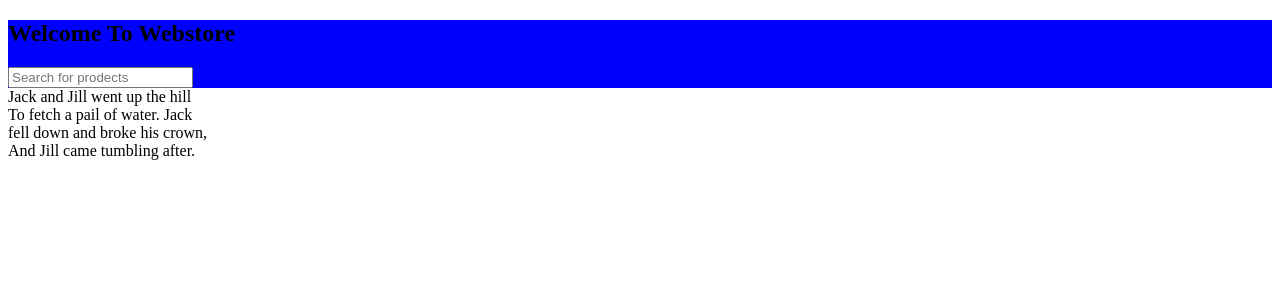
Repository: sourogithub/Final-yr-project-using-j2ee
Page: http://localhost/Webstore/JSP Pages/index.jsp
An editor plug-in stored every save of this project. The page is shown before and after the next save, followed by the edit.
The browser window is 1280 px wide. The pictures show the whole page.
The page is served by Tomcat 9.

Above is the page before, as saved 2017-04-11 07:20:50.

### Webstore/WebContent/JSP Pages/index.jsp
<%@ page language="java" contentType="text/html; charset=ISO-8859-1"
    pageEncoding="ISO-8859-1"%>
<!DOCTYPE html PUBLIC "-//W3C//DTD HTML 4.01 Transitional//EN" "http://www.w3.org/TR/html4/loose.dtd">
<html>
<head>
<meta http-equiv="Content-Type" content="text/html; charset=ISO-8859-1">
<title>Webstore</title>

</head>
<body>
<div id="top" style="background:blue">
<h2>Welcome To Webstore</h2>
<input type="text" placeholder="Search for prodects">
</div>
<div id="mydiv" style="width:200px;background:white" onmouseover="this.style.background='gray';" onmouseout="this.style.background='white';">
    Jack and Jill went up the hill
    To fetch a pail of water.
    Jack fell down and broke his crown,
    And Jill came tumbling after.
    </div>
</body>
</html>

After the next save:
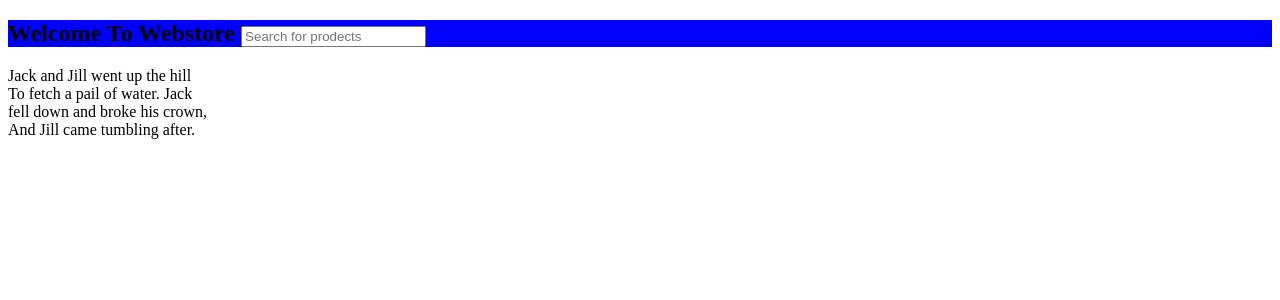
Saved 60 s later.
--- a/Webstore/WebContent/JSP Pages/index.jsp
+++ b/Webstore/WebContent/JSP Pages/index.jsp
@@ -9,8 +9,8 @@
 </head>
 <body>
 <div id="top" style="background:blue">
-<h2>Welcome To Webstore</h2>
-<input type="text" placeholder="Search for prodects">
+<h2>Welcome To Webstore
+<input type="text" placeholder="Search for prodects"></h2>
 </div>
 <div id="mydiv" style="width:200px;background:white" onmouseover="this.style.background='gray';" onmouseout="this.style.background='white';">
     Jack and Jill went up the hill
